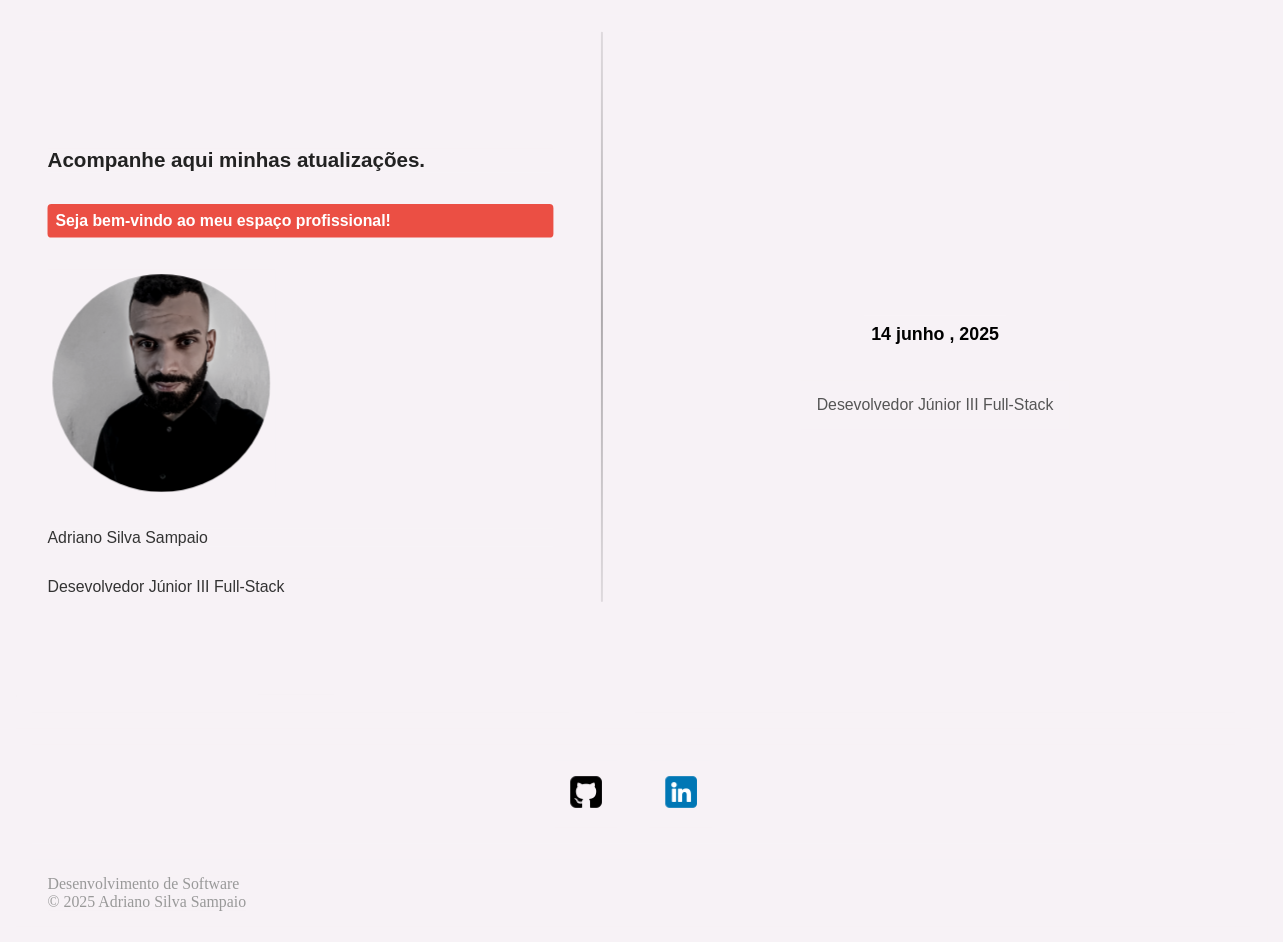
Repository: umdevadriano/portifolio2025
Page: /
These files come from the project's save history. The page is drawn as it stood at one moment and after the next save; the edit follows.
The browser window is 1280 px wide. The page is 1296 px wide, then 1280 px, then 1296 px, so the pictures cover 1296 px, including what lies to the right of the window. The pictures show the whole page, at 99% of full size.
The project was rebuilt for these pictures with package versions that can differ from the ones it lists, and the page was loaded fresh each time. Also part of the build but not shown: vite.config.ts.

Above is the page before, as saved 2025-06-22 19:49:53.

After the next save:
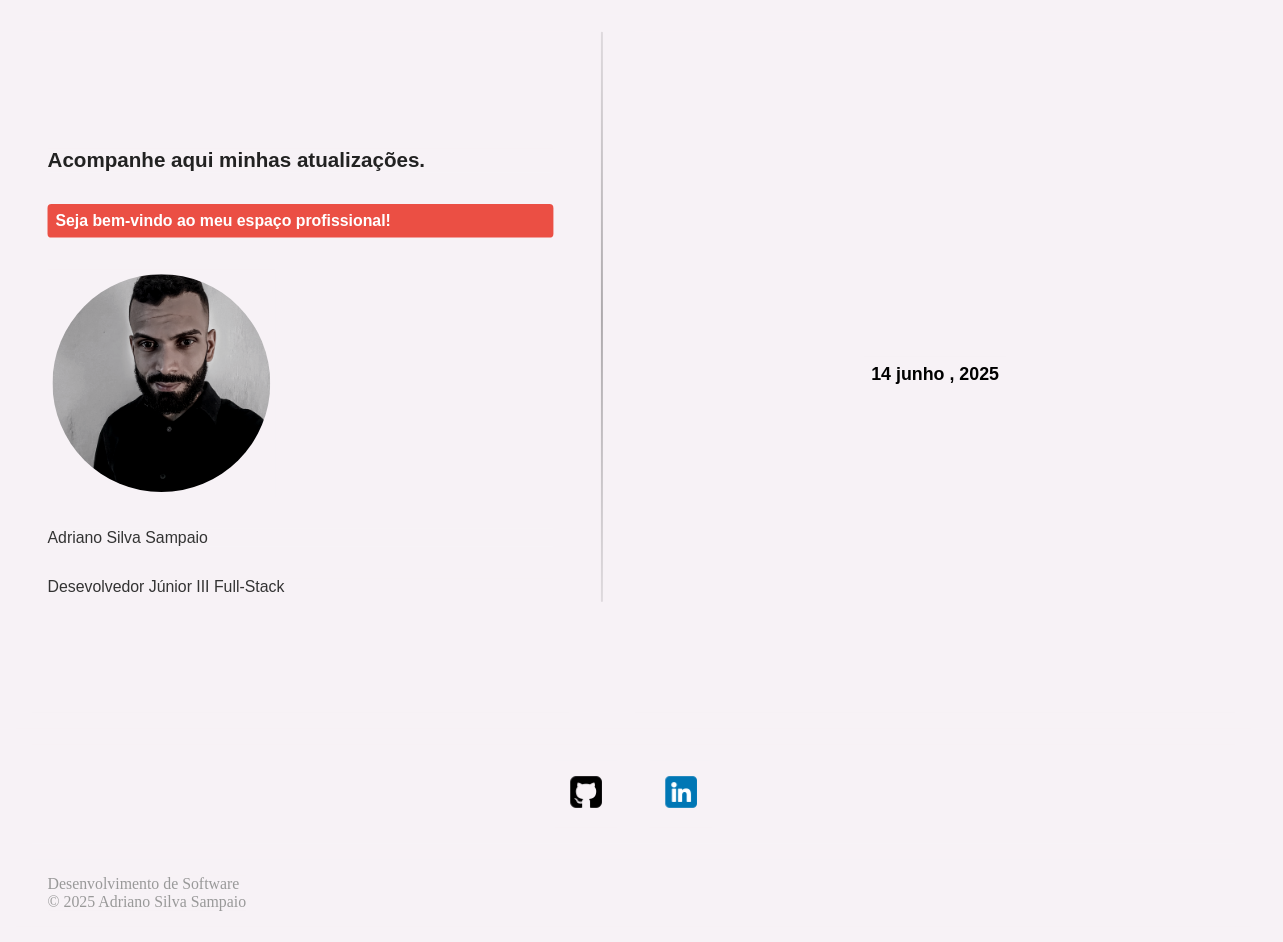
Saved 58 s later.
--- a/src/componentes/Body/Body.tsx
+++ b/src/componentes/Body/Body.tsx
@@ -28,9 +28,9 @@
       <Divider />
       <RightSide>
         <DateComponente>{dia}  {mes} , {ano} </DateComponente>
-        <Description>
+        {/* <Description>
           Desevolvedor Júnior III Full-Stack
-        </Description>
+        </Description> */}
       </RightSide>
     </>
   )

After the save that followed:
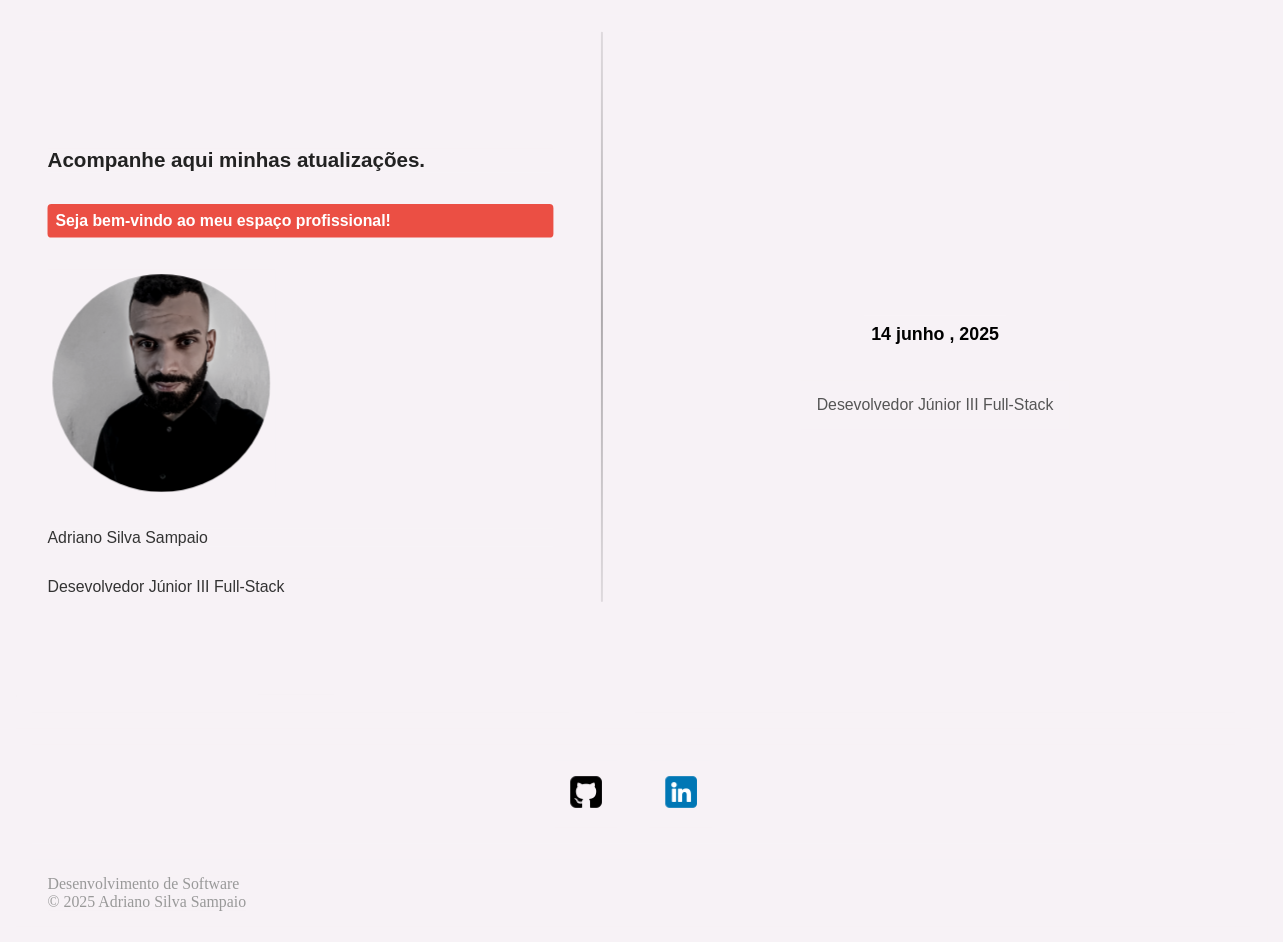
Saved 11 s later.
--- a/src/componentes/Body/Body.tsx
+++ b/src/componentes/Body/Body.tsx
@@ -28,9 +28,9 @@
       <Divider />
       <RightSide>
         <DateComponente>{dia}  {mes} , {ano} </DateComponente>
-        {/* <Description>
+        <Description>
           Desevolvedor Júnior III Full-Stack
-        </Description> */}
+        </Description>
       </RightSide>
     </>
   )
